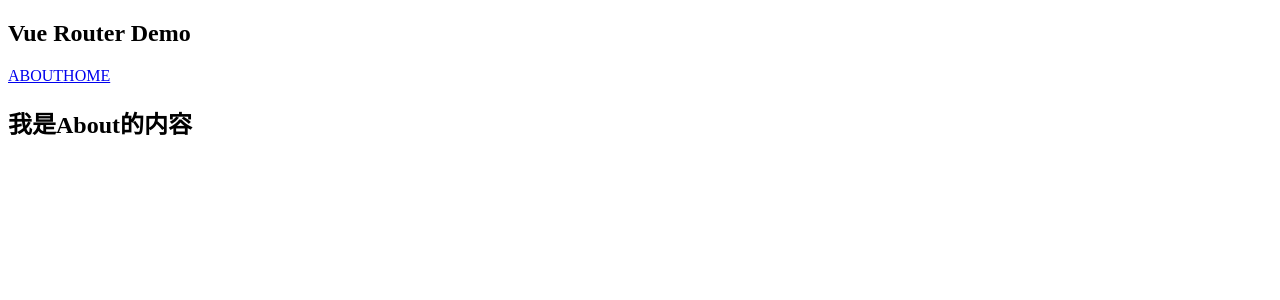
Repository: 13067902180/vue2.0study
Page: /
The author's editor kept a copy of each file at every save. The page is drawn from the files as they stood at one save, then again after the next save.
The browser window is 1280 px wide. The pictures show the whole page.
The project was rebuilt for these pictures with package versions that can differ from the ones it lists, and the page was loaded fresh each time. Also part of the build but not shown: vue.config.js, src/components/About.vue, src/components/Home.vue.

Above is the page before, as saved 2023-03-03 10:36:40.

After the next save:
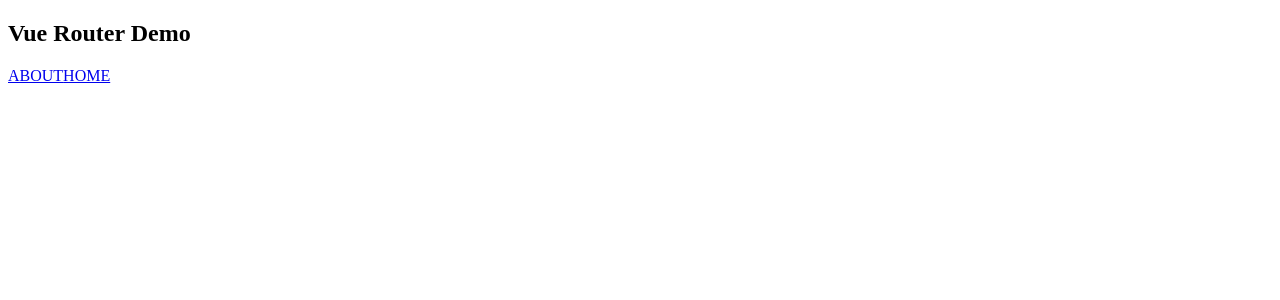
Saved 42 s later.
--- a/src/App.vue
+++ b/src/App.vue
@@ -22,7 +22,7 @@
       <div class="col-xs-6">
         <div class="panel">
           <div class="panel-body">
-            <h2>我是About的内容</h2>
+            <router-view></router-view>
           </div>
         </div>
       </div>
